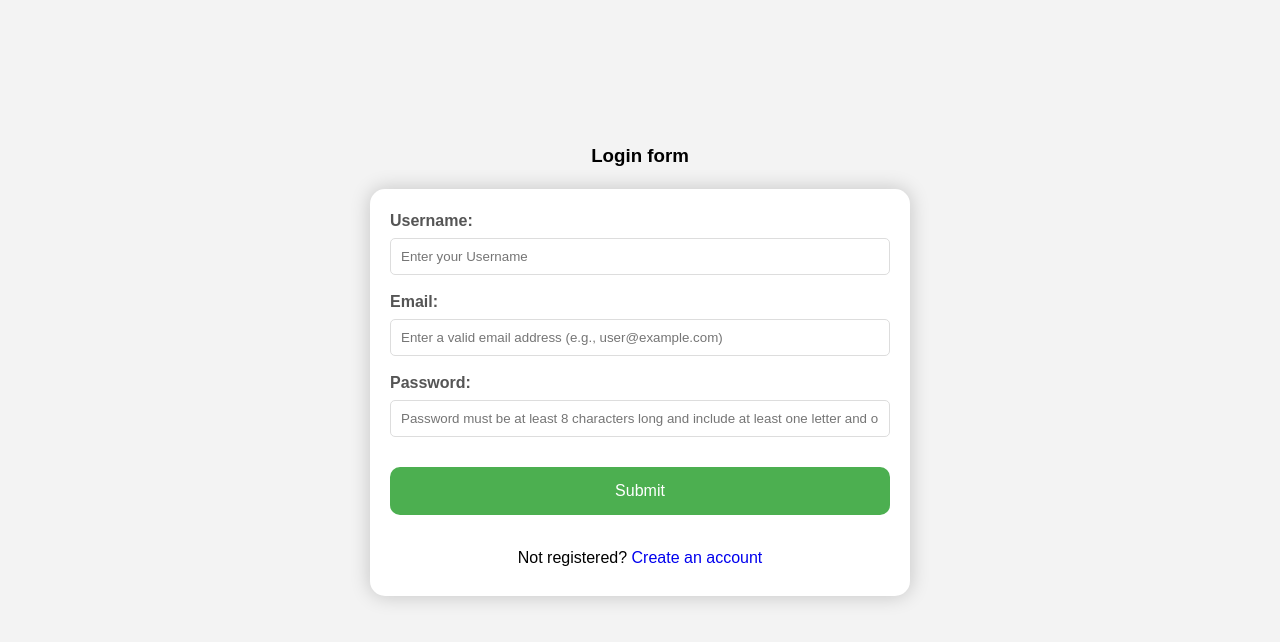
Repository: alizey12/Regestratin-Form-js
Page: signin.html
These files come from the project's save history. The page is drawn as it stood at one moment and after the next save; the edit follows.
The browser window is 1280 px wide. The pictures show the whole page.

Above is the page before, as saved 2024-11-29 19:33:49.

### signin.html
<!DOCTYPE html>
<html lang="en">
<head>
    <meta charset="UTF-8">
    <meta name="viewport" content="width=device-width, initial-scale=1.0">
    <link rel="stylesheet" href="signin.css">
    <title>Document</title>
</head>
<body>
    <h3>Login form</h3>
<div class="main">


    <form id="signupForm">
        <label for="username">
            Username:
        </label>
        <input type="text" id="username" name="name"
            placeholder="Enter your Username" required>

            <label for="email">
                Email:
            </label>
            <input type="email" id="email" name="email"  pattern="^[a-zA-Z0-9._%+-]+@[a-zA-Z0-9.-]+\.[a-zA-Z]{2,}$" placeholder="Enter a valid email address (e.g., user@example.com)" required>

        <label for="password">
            Password:
        </label>
        <input type="password" id="password" name="password"   placeholder="Password must be at least 8 characters long and include at least one letter and one number.">

        <div class="wrap">
            <button type="submit">
                Submit
            </button>
        </div>
    </form>

    <p>Not registered?
        <a href="regester.html" style="text-decoration: none;">
            Create an account
        </a>
    </p>
</div>

<script src="script.js"></script>
</body>
</html>










<!--
<!DOCTYPE html>
<html lang="en">
<head>
    <meta charset="UTF-8">
    <meta name="viewport" content="width=device-width, initial-scale=1.0">
    <title>Signup Form</title>
    <link rel="stylesheet" href="styles.css">
</head>
<body>
    <div class="container">
        <h1>Sign Up</h1>
        <form id="signupForm">
            <label for="username">Username</label>
            <input type="text" id="username" name="username" required>

            <label for="email">Email</label>
            <input type="email" id="email" name="email" required>

            <label for="password">Password</label>
            <input type="password" id="password" name="password" required>

            <button type="submit">Sign Up</button>
        </form>
    </div>
    <script src="script.js"></script>
</body>
</html> -->

### signin.css
/*style.css*/
body {
    display: flex;
    align-items: center;
    justify-content: center;
    font-family: sans-serif;
    line-height: 1.5;
    min-height: 100vh;
    background: #f3f3f3;
    flex-direction: column;
    margin: 0;
}

.main {
    background-color: #fff;
    border-radius: 15px;
    box-shadow: 0 0 20px rgba(0, 0, 0, 0.2);
    padding: 10px 20px;
    transition: transform 0.2s;
    width: 500px;
    text-align: center;
}

h1 {
    color: #4CAF50;
}

label {
    display: block;
    width: 100%;
    margin-top: 10px;
    margin-bottom: 5px;
    text-align: left;
    color: #555;
    font-weight: bold;
}

input {
    display: block;
    width: 100%;
    margin-bottom: 15px;
    padding: 10px;
    box-sizing: border-box;
    border: 1px solid #ddd;
    border-radius: 5px;
}

button {
    padding: 15px;
    border-radius: 10px;
    margin-top: 15px;
    margin-bottom: 15px;
    border: none;
    color: white;
    cursor: pointer;
    background-color: #4CAF50;
    width: 100%;
    font-size: 16px;
}

.wrap {
    display: flex;
    justify-content: center;
    align-items: center;
}

### script.js

    document.getElementById('signupForm').addEventListener('submit', function(event) {
        event.preventDefault();
        const username = document.getElementById('username').value;
        const email = document.getElementById('email').value;
        const password = document.getElementById('password').value;

        console.log('Username:', username);
        console.log('Email:', email);
        console.log('Password:', password);

        alert('Signup successful!');
    });

After the next save:
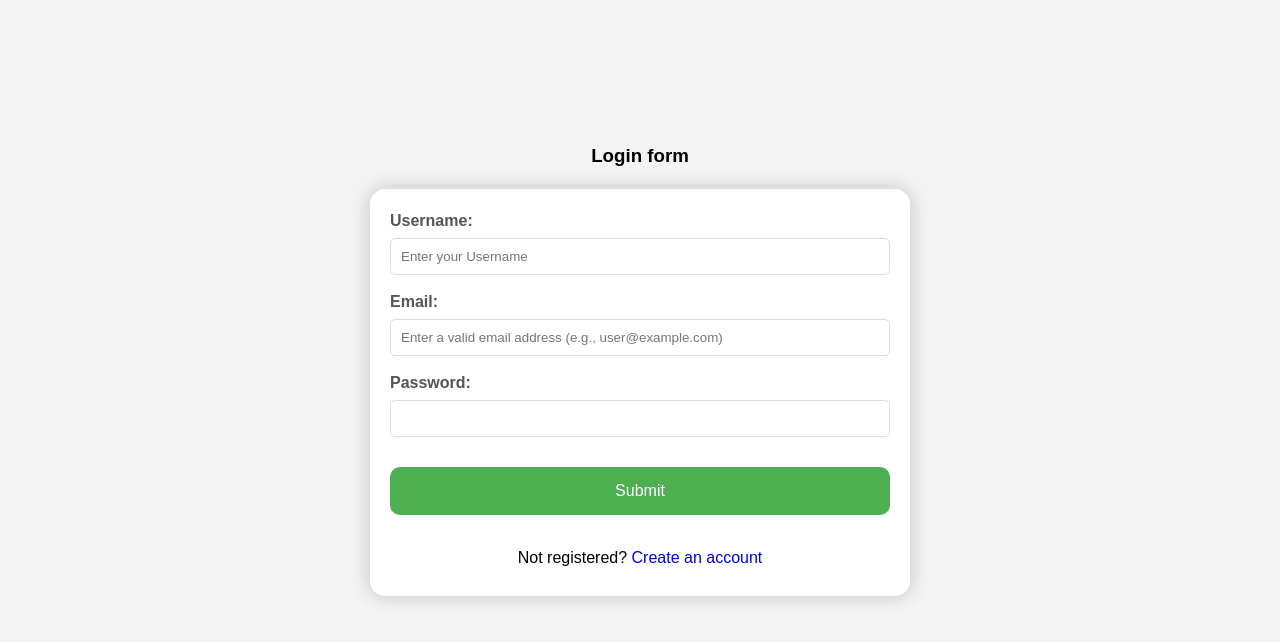
Saved 39 s later.
--- a/signin.html
+++ b/signin.html
@@ -26,7 +26,7 @@
         <label for="password">
             Password:
         </label>
-        <input type="password" id="password" name="password"   placeholder="Password must be at least 8 characters long and include at least one letter and one number.">
+        <input type="password" id="password" name="password"   >
 
         <div class="wrap">
             <button type="submit">
